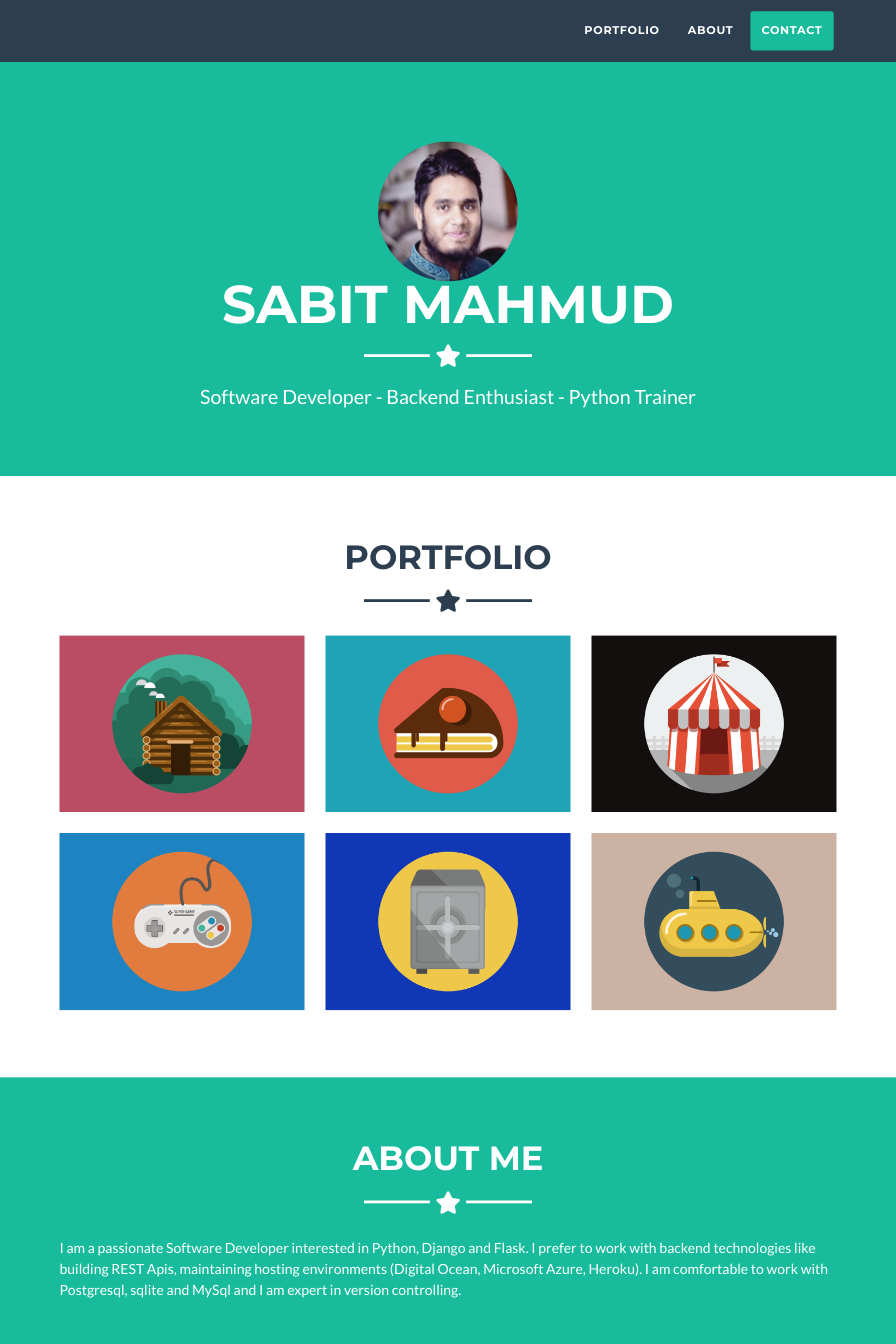
Repository: SabitDeepto/portfolio
Page: index.html
An editor plug-in stored every save of this project. The page is shown before and after the next save, followed by the edit.
The browser window is 1280 px wide. The pictures show the part of the page from y = 0 to 1920 px (the page is 3312 px tall before and 3412 px after), at 70% of full size.

Above is the page before, as saved 2019-04-04 23:48:55.

After the next save:
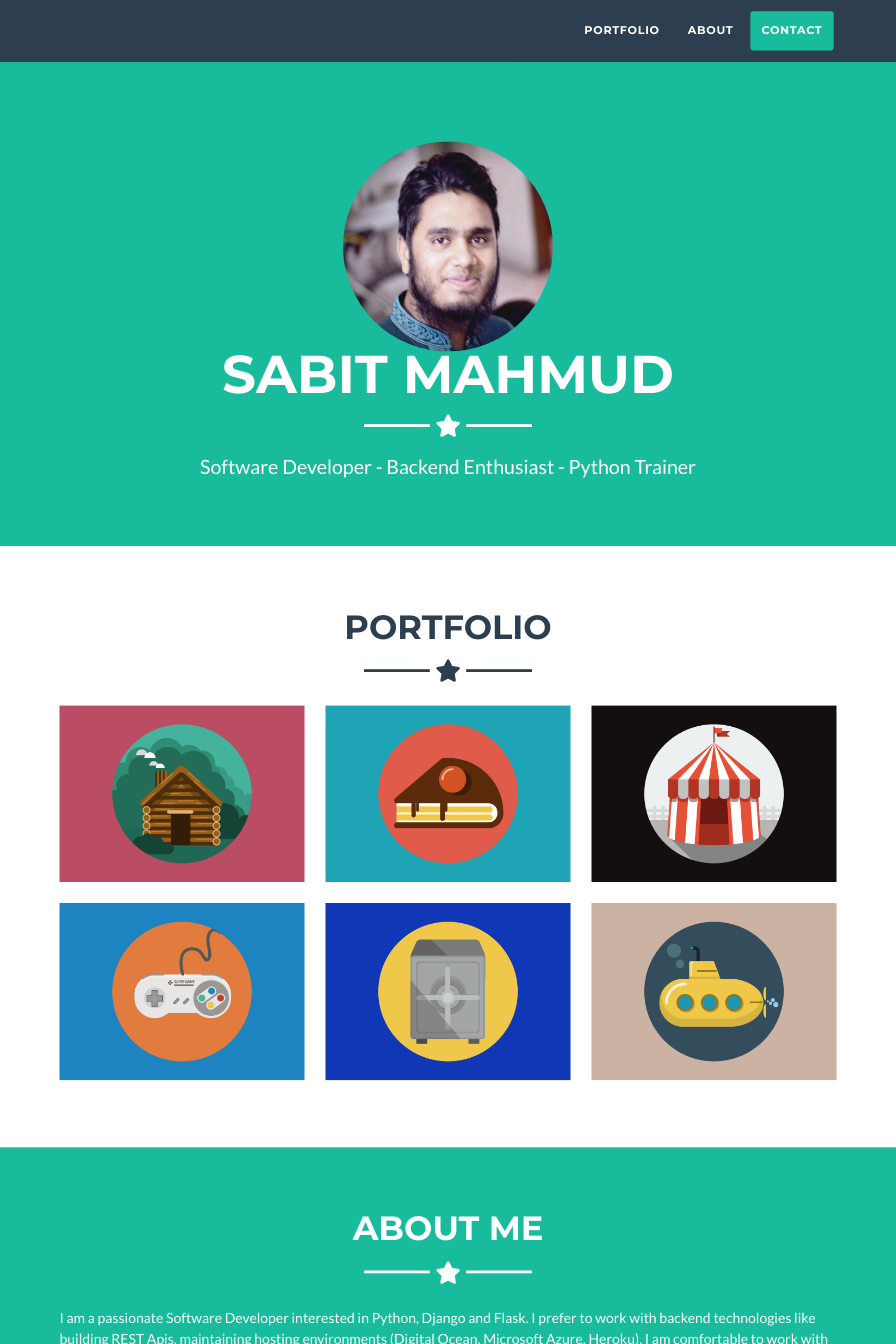
Saved 19 s later.
--- a/index.html
+++ b/index.html
@@ -55,7 +55,7 @@
   <!-- Header -->
   <header class="masthead bg-primary text-white text-center">
     <div class="container">
-      <img  src="img/pro.JPG" height="200px" width="200px" class="rounded-circle" alt="Cinque Terre">
+      <img  src="img/pro.JPG" height="300px" width="300px" class="rounded-circle" alt="Cinque Terre">
       <h1 class="text-uppercase mb-0">Sabit Mahmud</h1>
       <hr class="star-light">
       <h2 class="font-weight-light mb-0">Software Developer - Backend Enthusiast - Python Trainer</h2>
